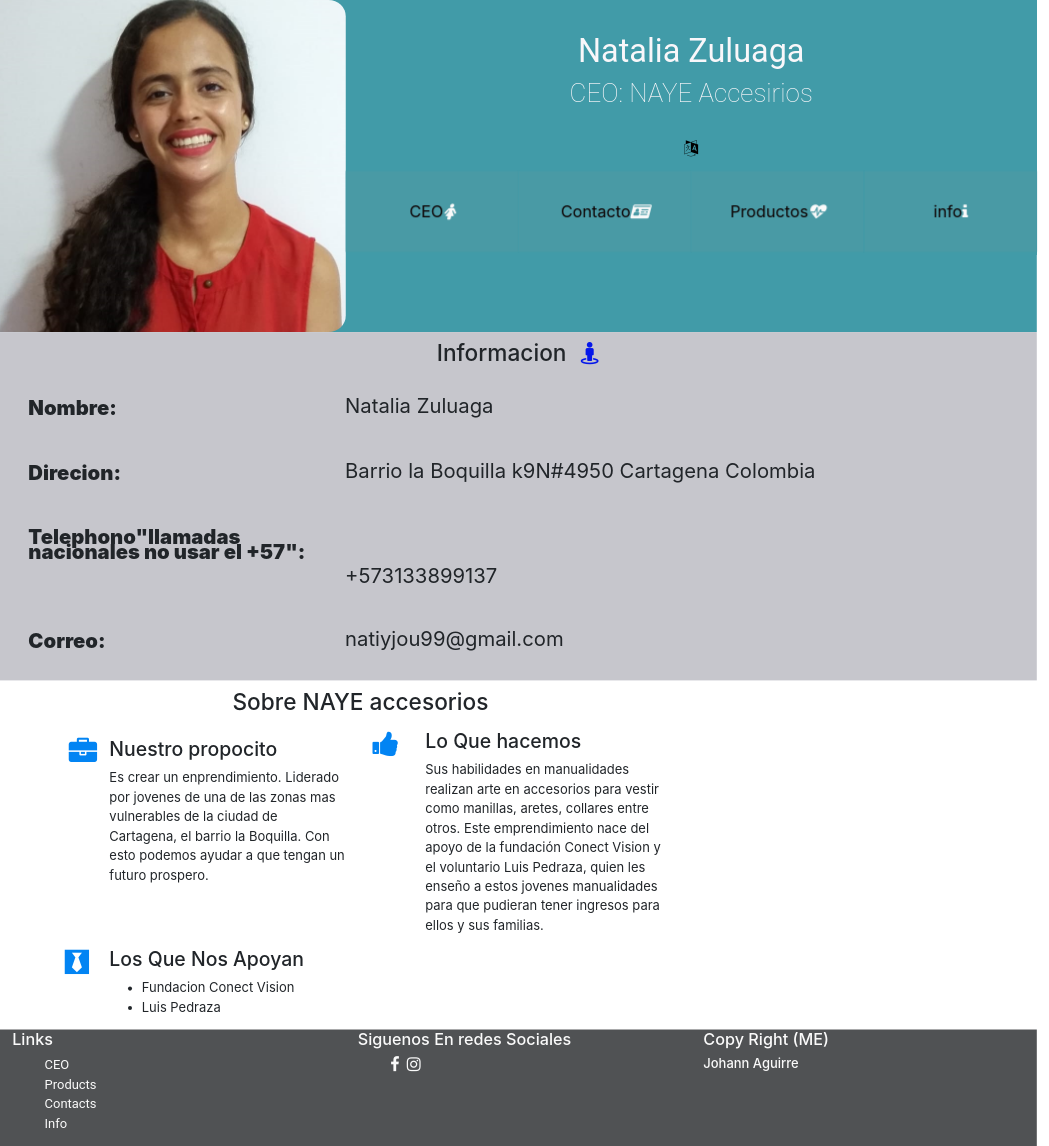
Repository: cachimiro/1-mile-stone-project
Page: index.html
The author's editor kept a record of every edit. The page is drawn from the files as they stood at one moment, then again after the next edit.
The browser window is 1280 px wide. The page is 1280 px wide, then 1295 px, so the pictures cover 1295 px, including what lies to the right of the window. The pictures show the whole page, at 81% of full size.
Some web libraries are served in a nearby version.

Above is the page before.

After the next edit:
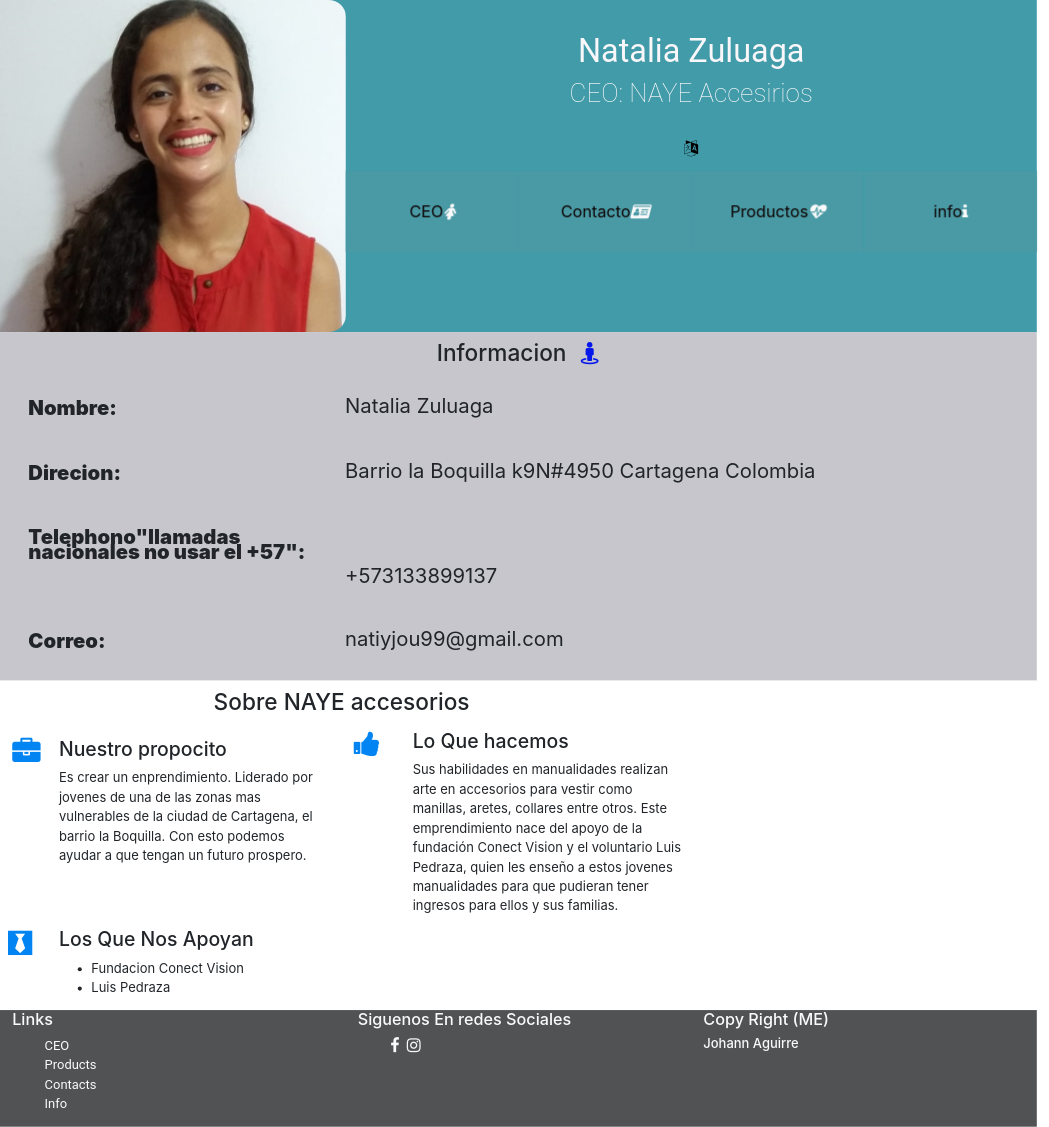
The edit:
--- a/index.html
+++ b/index.html
@@ -123,9 +123,7 @@
                     </div>
                 </div>
             </div>
-            <div class="container">
-                <div class="row">
-                    <div class="col"></div>
+
             <div class="row">
             <div class="col-md-8 bg-color-three-reasons section-column">
                 <div class="row">
